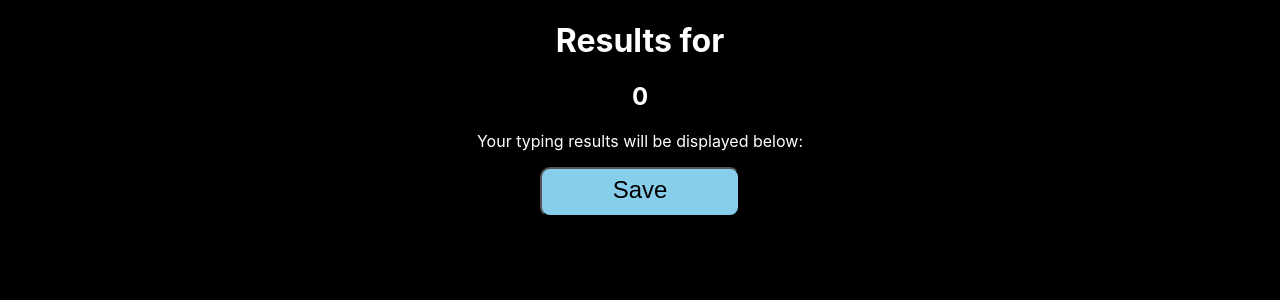
Repository: abhaysharma20233009/swiftKey
Page: /results (app in frontend/my-app/)
The author's editor kept a copy of each file at every save. The page is drawn from the files as they stood at one save, then again after the next save.
The browser window is 1280 px wide. The pictures show the whole page.
The page's requests for data from a server got no answer. The project was rebuilt for these pictures with package versions that can differ from the ones it lists, and the page was loaded fresh each time. No one was signed in, and anything a server would have sent is missing. Also part of the build but not shown: frontend/my-app/src/Swifts.js, frontend/my-app/src/Login.js.

Above is the page before, as saved 2024-10-10 20:05:48.

### frontend/my-app/src/App.js
//App.js

import './App.css';
import React from 'react';
import { BrowserRouter as Router, Route, Routes } from 'react-router-dom';
import Swift from './Swifts';
import Results from './Results';
import Login from './Login';
const App = () => {
    return (
        <Router>
			<div className="App">
            <Routes>
                <Route path="/" element={<Swift />} />
                <Route path="/results" element={<Results />} />
                <Route path="/login" element={<Login />} />
            </Routes>
			</div>
        </Router>
    );
};

export default App;

### frontend/my-app/src/App.css
.App {
  text-align: center;
  color:white;
}

body{
  background-color:black;
}

.log{
  color:black;
  margin-left: 10px;
  margin-right: 10px;
  background-color: skyblue;
  border-radius: 10px;
  height:50px;
  width:200px;
  justify-self: end;
  font-size: x-large;
  padding-bottom:5px;
}




.in{
  border-radius:20px;
  font-size: 24px;
  width: 60%;
  padding: 10px;
  margin: 20px 0;
}

.hea{
  margin-top: 100px;
  margin-bottom: 50px;
  margin-left:25%;
  background-color: lightgray;
  font-size: 24px;
  background-color:green;
  width:50%;
  height:50px;
  border-radius:30px;
  text-align: center;
}

.lo{
  text-align:center;
}
.Timer{
  height:50px;
  font-size:30px;
  margin-bottom: 10px;
  background-color:green;
  width:50px;
  margin-left:48%;
  border-radius: 15px;
}

.form{
  margin-top:80px;
  padding:5px;
  background-color:rgb(169, 90, 63);
  width:62%;
  margin-left:19%;
}

### frontend/my-app/src/Results.js
import React, { useState, useEffect } from 'react';
import { useLocation } from 'react-router-dom';

function Results() {
    const [info, setInfo] = useState([]);
    const location = useLocation();
    const wordTyped = location.state?.wordTyped || 0; // Get currentWordIndex from state
    const username = location.state?.username || '';
    const email=location.state?.email||'';
    const fetchUser = async () => {
        try {
            const response = await fetch('http://localhost:7000/update_info');
            const data = await response.json();
            // Filter data for the specific user
            const userData = data.filter((msg) => msg.username === username);
            setInfo(userData);
        } catch (error) {
            console.error('Error fetching info:', error);
        }
    };

    const saveResults = async () => {
        try {
            const response = await fetch('http://localhost:7000/check-user', {
                method: 'POST',
                headers: {
                    'Content-Type': 'application/json',
                },
                body: JSON.stringify({ username }),
            });

            if (response.ok) {
                try {
                   await fetch('http://localhost:7000/update_info', {
                        method: 'POST',
                        headers: {
                            'Content-Type': 'application/json',
                        },
                        body: JSON.stringify({ username,email, wordTyped }),
                    });
                    await fetchUser(); // Fetch updated user data

                } catch (error) {
                    console.error('Error saving results:', error);
                }
            }
            else {
                alert("login first to save ")
            }
        } catch (error) {
            console.error('Error checking user:', error);
        }
    };

    // Fetch user data on component mount
    useEffect(() => {
        fetchUser();
    }, []);

    return (
        <div style={{ textAlign: 'center', marginTop: '20px' }}>
            <h1>Results for {username}</h1> {/* Display username here */}
            <h2>{wordTyped}</h2>
            <p>Your typing results will be displayed below:</p>
            <ul>
                {info.map((msg) => (
                    msg.words_typed.map((wordObj, index) => (
                        <li key={`${msg._id}-${index}`}>
                            <strong>   {wordObj.word}            :</strong>{new Date(wordObj.timestamp).toLocaleString()}
                        </li>
                    ))
                ))}
            </ul>
            <button className ="log" onClick={saveResults}>Save</button>
        </div>
    );
}

export default Results;

Loaded but not shown: frontend/my-app/public/index.html (common file); frontend/my-app/src/index.js (common file); frontend/my-app/src/index.css (common file); frontend/my-app/src/reportWebVitals.js (common file)

After the next save:
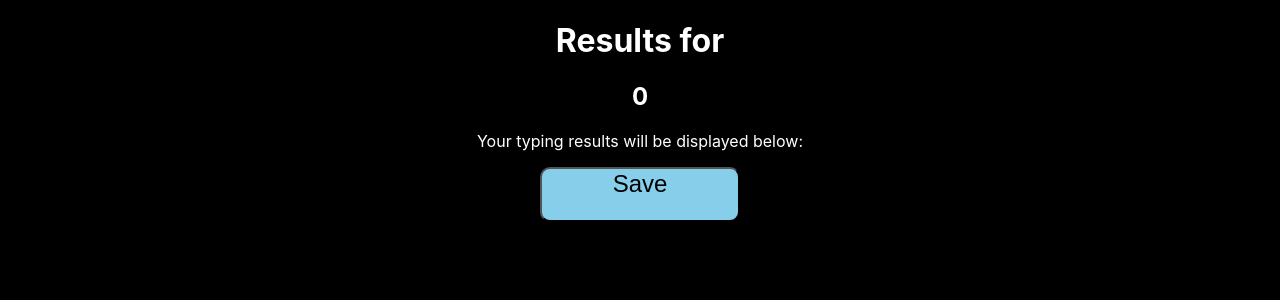
Saved 7 s later.
--- a/frontend/my-app/src/App.css
+++ b/frontend/my-app/src/App.css
@@ -17,7 +17,7 @@ body{
   width:200px;
   justify-self: end;
   font-size: x-large;
-  padding-bottom:5px;
+  padding-bottom:50px;
 }
 
 
